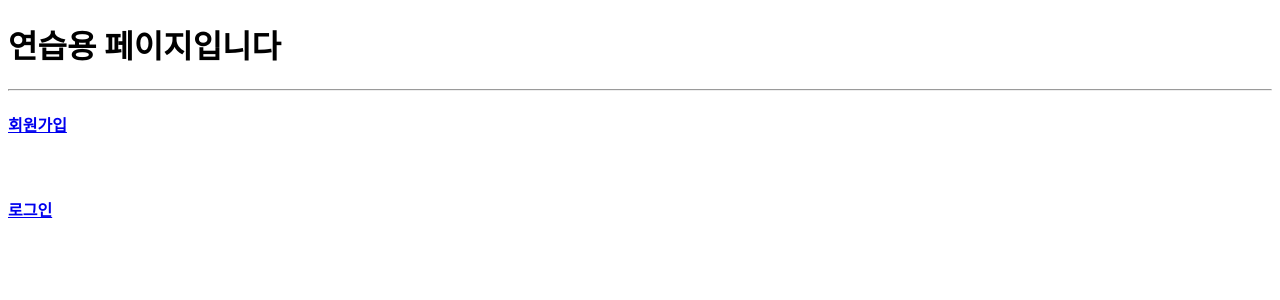
Repository: loseminho/khAcademy-Study
Page: http://localhost/02_SpringMVC_CRUD_TEST/
An editor plug-in stored every save of this project. The page is shown before and after the next save, followed by the edit.
The browser window is 1280 px wide. The pictures show the whole page.
The page is served by Tomcat 9.

Above is the page before, as saved 2022-09-30 08:49:20.

After the next save:
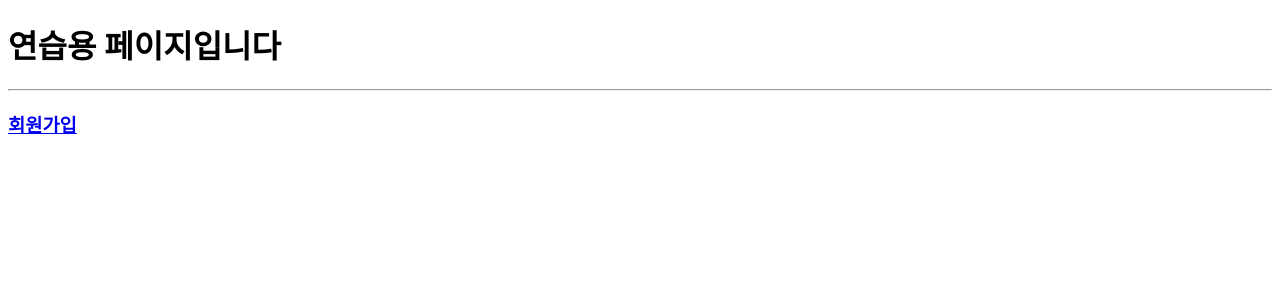
Saved 37 s later.
--- a/spring/workspace-sts-3.9.13.RELEASE/02_SpringMVC_CRUD_TEST/src/main/webapp/index.jsp
+++ b/spring/workspace-sts-3.9.13.RELEASE/02_SpringMVC_CRUD_TEST/src/main/webapp/index.jsp
@@ -9,7 +9,8 @@
 <body>
 	<h1>연습용 페이지입니다</h1>
 	<hr>
-	<h4><a href="/">회원가입</a></h3><br>
-	<h4><a href="/">로그인</a></h3><br>
+	<h3><a href="/">회원가입</a><br>
+
+	</h3>
 </body>
 </html>
